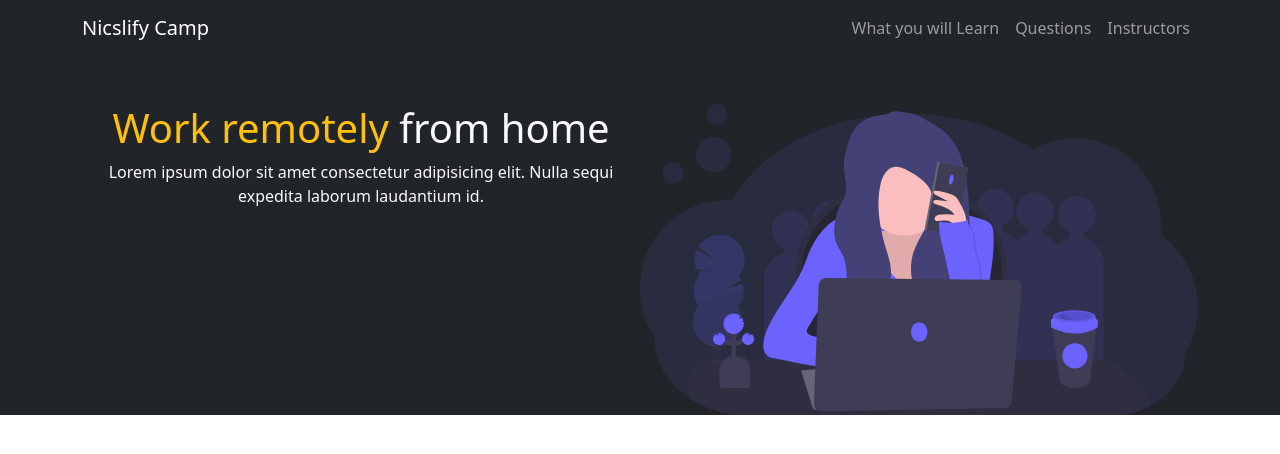
Repository: Eugene44-hub/enrollment-site
Page: index.html
The author's editor kept a copy of each file at every save. The page is drawn from the files as they stood at one save, then again after the next save.
The browser window is 1280 px wide. The pictures show the whole page.

Above is the page before, as saved 2021-10-19 16:25:29.

### index.html
<!DOCTYPE html>
<html lang="en">

<head>
    <meta charset="UTF-8">
    <meta http-equiv="X-UA-Compatible" content="IE=edge">
    <meta name="viewport" content="width=device-width, initial-scale=1.0">
    <!-- CSS only -->
    <link href="https://cdn.jsdelivr.net/npm/bootstrap@5.1.3/dist/css/bootstrap.min.css" rel="stylesheet" integrity="sha384-1BmE4kWBq78iYhFldvKuhfTAU6auU8tT94WrHftjDbrCEXSU1oBoqyl2QvZ6jIW3" crossorigin="anonymous">
    <link rel="stylesheet" href="style.css">
    <title>Bootstrap webpage</title>
</head>

<body>
    <!-- nav bar starts -->
    <nav class="navbar navbar-expand-md bg-dark navbar-dark">
        <div class="container">
            <a href="" class="navbar-brand">Nicslify Camp</a>

            <button class="navbar-toggler" type="button" data-bs-toggle='collapse' data-bs-target="#navmenu">
              <span class="navbar-toggler-icon"></span>
            </button>

            <div class="collapse navbar-collapse" id="navmenu">
                <ul class="navbar-nav ms-auto text-sm-center">
                    <li class="nav-item">
                        <a href="#" class="nav-link">What you will Learn</a>
                    </li>
                    <li class="nav-item">
                        <a href="#" class="nav-link">Questions</a>
                    </li>
                    <li class="nav-item">
                        <a href="#" class="nav-link">Instructors</a>
                    </li>
                </ul>
            </div>
        </div>
    </nav>
    <!-- nav bar ends -->


    <!-- showCase starts -->
    <section class="bg-dark text-light text-center">
        <div class="container">
            <div class="d-md-flex pt-5">
                <div>
                    <div class="h1"><span class="text-warning">Work remotely</span> from home</div>
                    <p>Lorem ipsum dolor sit amet consectetur adipisicing elit. Nulla sequi expedita laborum laudantium id.</p>
                </div>
                <img src="undraw_working_remotely_jh40.svg" class="image-fluid w-50" alt="">
            </div>
        </div>
    </section>


</body>
<!-- JavaScript Bundle with Popper -->
<script src="https://cdn.jsdelivr.net/npm/bootstrap@5.1.3/dist/js/bootstrap.bundle.min.js" integrity="sha384-ka7Sk0Gln4gmtz2MlQnikT1wXgYsOg+OMhuP+IlRH9sENBO0LRn5q+8nbTov4+1p" crossorigin="anonymous"></script>

</html>

Loaded but not shown: style.css (common file)

After the next save:
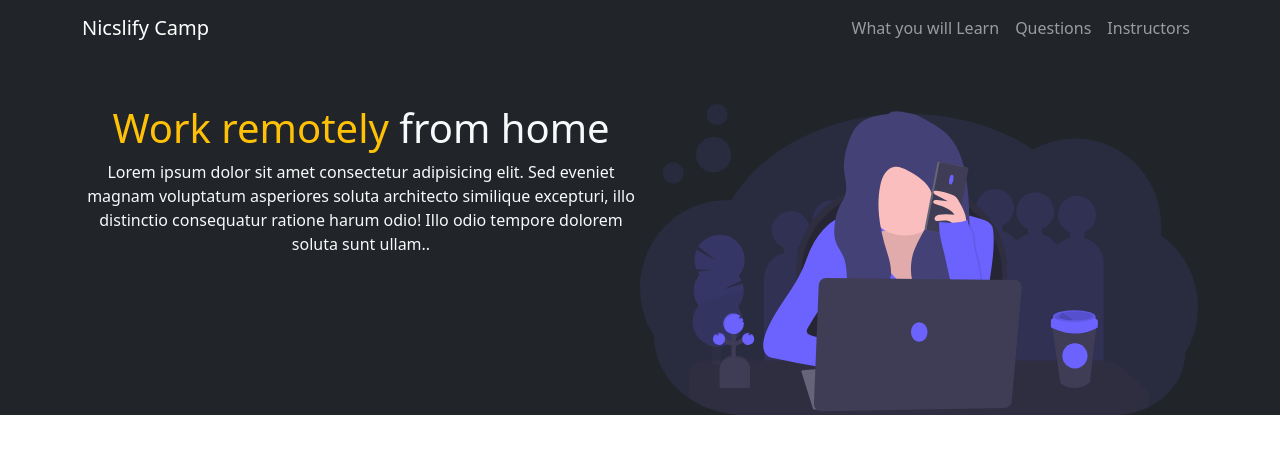
Saved 86 s later.
--- a/index.html
+++ b/index.html
@@ -45,7 +45,7 @@
             <div class="d-md-flex pt-5">
                 <div>
                     <div class="h1"><span class="text-warning">Work remotely</span> from home</div>
-                    <p>Lorem ipsum dolor sit amet consectetur adipisicing elit. Nulla sequi expedita laborum laudantium id.</p>
+                    <p>Lorem ipsum dolor sit amet consectetur adipisicing elit. Sed eveniet magnam voluptatum asperiores soluta architecto similique excepturi, illo distinctio consequatur ratione harum odio! Illo odio tempore dolorem soluta sunt ullam..</p>
                 </div>
                 <img src="undraw_working_remotely_jh40.svg" class="image-fluid w-50" alt="">
             </div>
